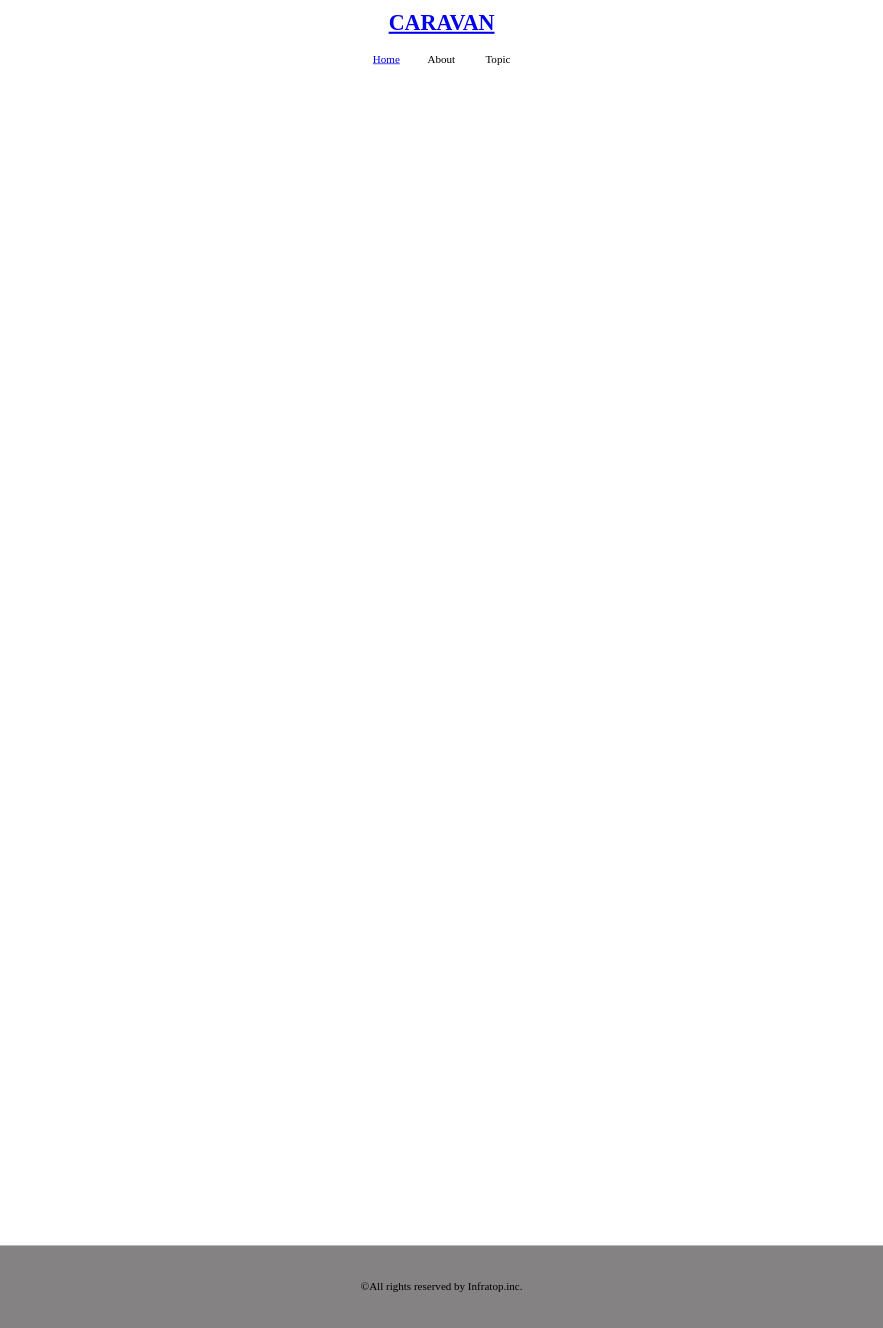
Repository: YUKISUGIMURA/sample
Page: caravan/index.html
The author's editor kept a record of every edit. The page is drawn from the files as they stood at one moment, then again after the next edit.
The browser window is 1280 px wide. The pictures show the whole page, at 69% of full size.

Above is the page before.

After the next edit:
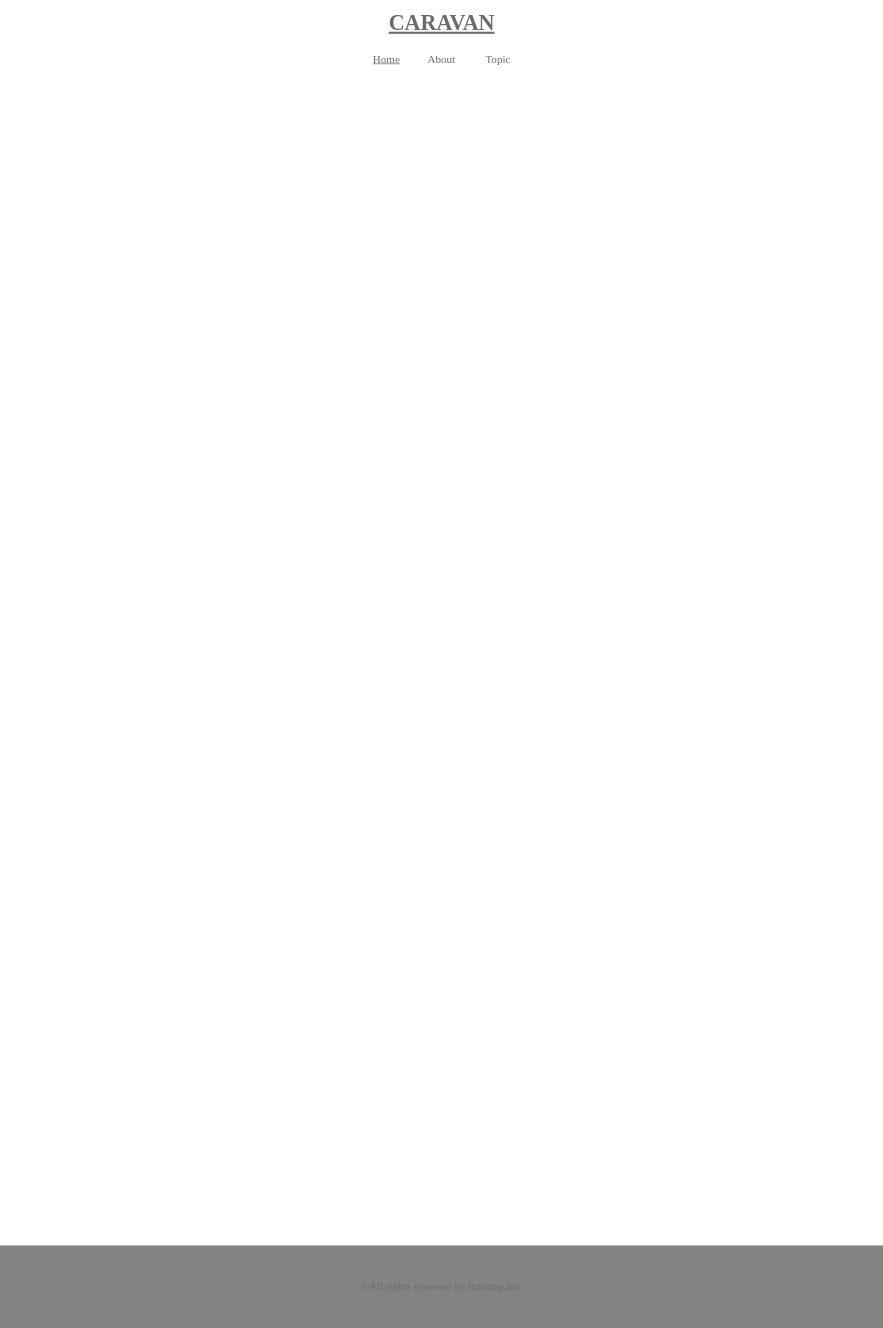
The edit:
--- a/caravan/style.css
+++ b/caravan/style.css
@@ -3,6 +3,7 @@
   margin: 0;
   padding: 0;
   box-sizing: border-box;
+  color: #6c6b6b;
 }
 
 header {
